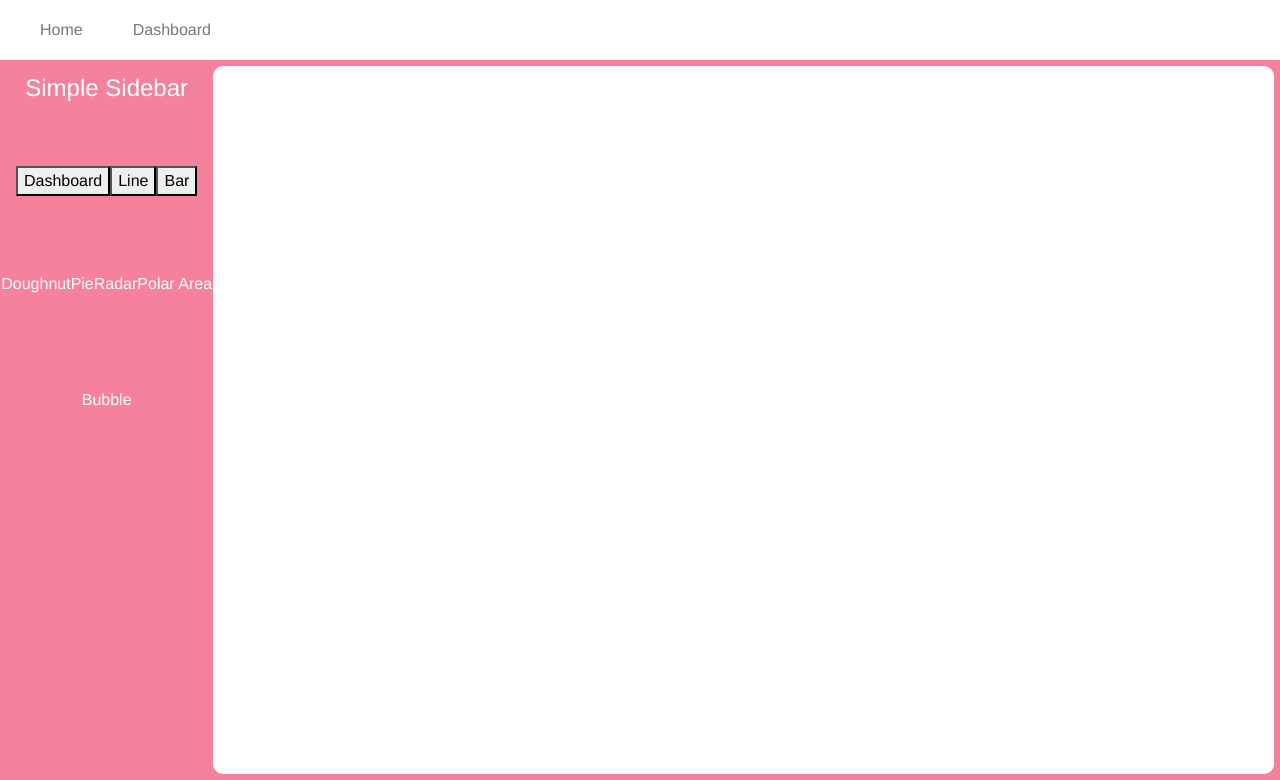
Repository: nashthecoder/vue_learn
Page: /dashboard (app in client/)
An editor plug-in stored every save of this project. The page is shown before and after the next save, followed by the edit.
The browser window is 1280 px wide. The pictures show the whole page.
The project was rebuilt for these pictures with package versions that can differ from the ones it lists, and the page was loaded fresh each time. Imported but missing from the stored project, and not drawn on this page: client/src/views/Home.vue.

Above is the page before, as saved 2020-12-25 01:23:56.

After the next save:
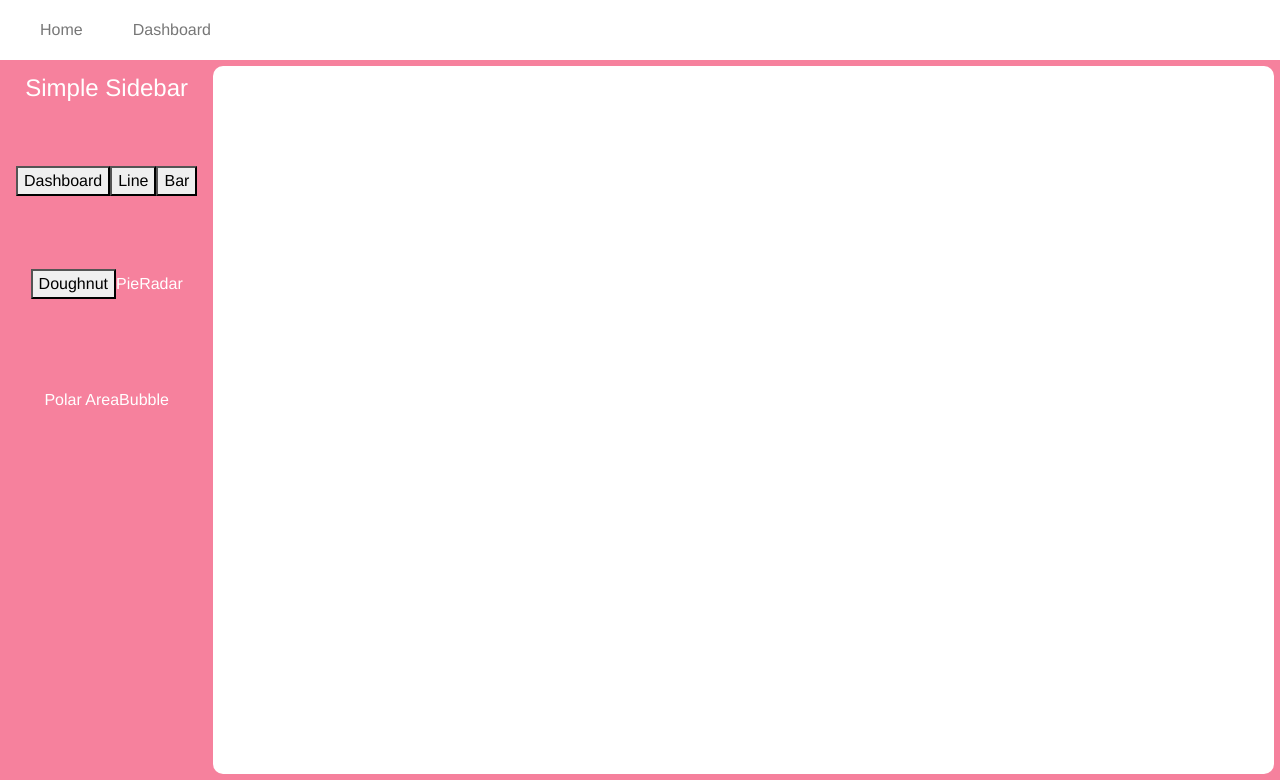
Saved 53 s later.
--- a/client/src/components/Sidebar.vue
+++ b/client/src/components/Sidebar.vue
@@ -34,7 +34,12 @@
           Bar
         </div>
       </router-link>
-      <router-link to="/doughnut" active-class="active" tag="button" exact class="side-btn">
+      <router-link
+        to="/doughnut"
+        active-class="active"
+        tag="button"
+        exactclass="side-btn"
+      >
         <div class="link-container">
           Doughnut
         </div>
